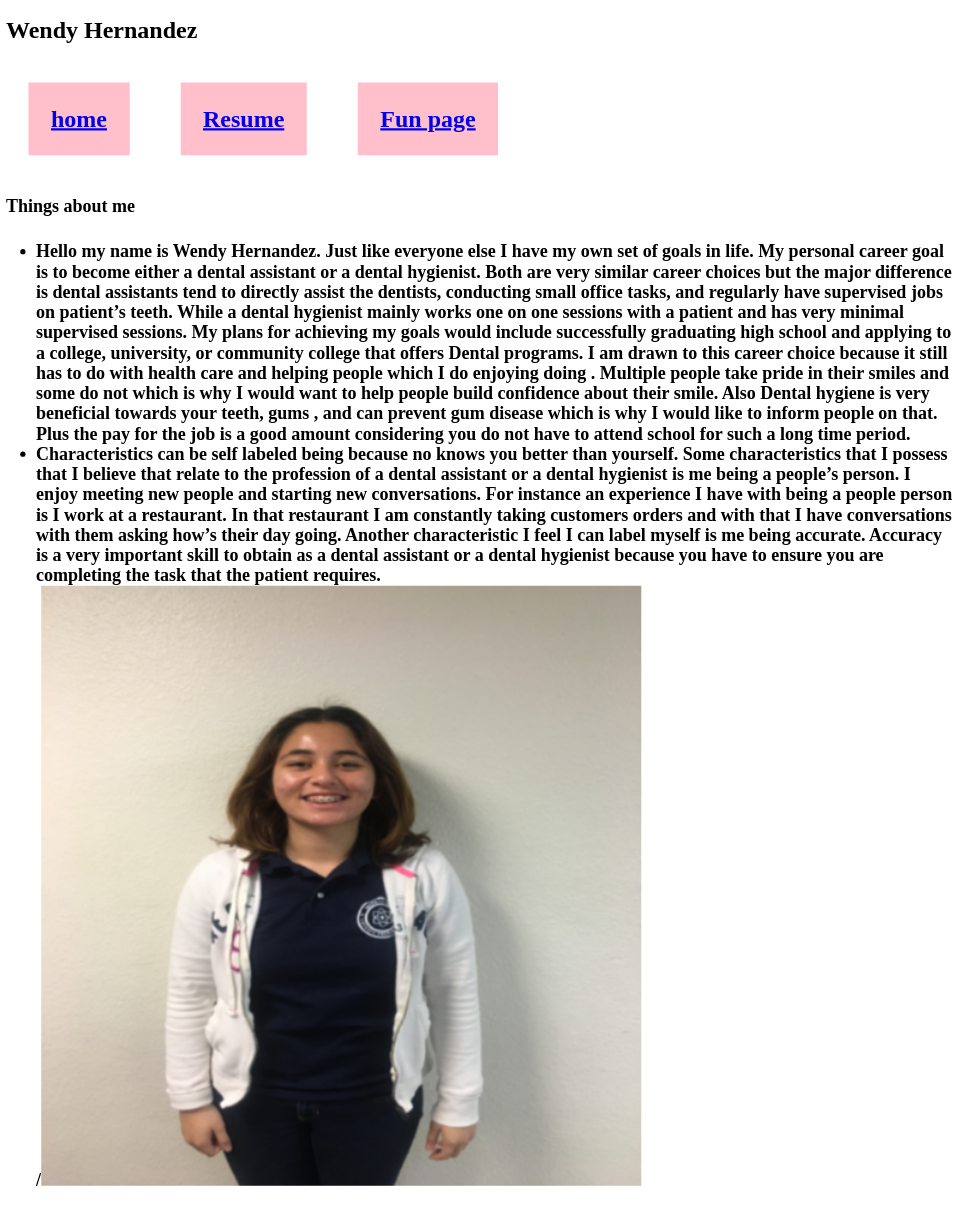
Repository: wendy2312/wendy2312.github.io
Page: AboutMe.html
The author's editor kept a record of every edit. The page is drawn from the files as they stood at one moment, then again after the next edit.
The browser window is 1280 px wide. The pictures show the whole page, at 75% of full size.

Above is the page before.

### AboutMe.html
<!DOCTYPE html>
<html>
        <head>
        <link rel="stylesheet"
        href="https://fonts.googleapis.com/css?family=Poiret+One">
        <link rel="stylesheet" type="text/css" href="style.css">
        <title>wendy's website</title>
    </head>
        <header>
    <h1>Wendy Hernandez <h1>
    <a href="index.html" class="link">home</a>
    <a href="Resume.html" class="link">Resume</a>
    <a href="Funpage.html" class="link">Fun page</a>
    </header>
    <body>



        <h2>
        <p>Things about me</p>
        <ul>

  <table>
    <tr>
      <th></th>
      <th></th>
      <th></th>
    </tr>
    <tr>
      <td></td>
      <td></td>
      <td></td>
    </tr>
  </table>

            <li>Hello my name is Wendy Hernandez. Just like everyone else I have my own set of goals in life.
 My personal career goal is to become either a dental assistant or a dental hygienist. Both are very similar career choices but the major difference is dental assistants tend to directly assist the dentists, conducting small office tasks, and regularly have supervised jobs on patient’s teeth. While a dental hygienist mainly works one on one sessions with a patient and has very minimal supervised sessions. My plans for achieving my goals would include successfully graduating high school and applying to a college, university, or community college that offers Dental programs. I am drawn to this career choice because it still has to do with health care and helping people which I do enjoying doing . Multiple people take pride in their  smiles and some do not which is why I would want to help people build confidence about their smile. Also Dental hygiene is very beneficial towards your  teeth, gums , and can prevent gum disease which is why I would like to inform people on that. Plus the pay for the job is a good amount considering you do  not have  to attend school for such a long time period.

<li> Characteristics can be self labeled being because no knows you better than yourself. Some characteristics that I possess that I believe that relate to the profession of a dental assistant or a dental hygienist is me being a people’s person. I enjoy meeting new people and starting new conversations. For instance an experience I have with being a people  person is I work at a restaurant. In that restaurant I am constantly  taking customers orders and with that I have conversations with them asking how’s their day going. Another characteristic I feel I can label myself is me being accurate. Accuracy is a very important skill to obtain as a dental assistant or a dental hygienist because you have to ensure you are completing the task that the patient requires.</li>


<style type="text/css">

</style>
 /<img class = "mypic" src="SAT Pic.JPG"></img>



    </body>
</html>

### style.css
a {
    display: inline-block;
    padding: 30px;
    margin: 30px;
    background-color: pink;
}

p {
    font-family: Cursive;
}

.name {
    font-family: Helvetica;
    font-size: 40px;
    text-align: center;
    margin: 20px;
}

.nav {
        text-align: center;
}


.nav a {
    padding: 10px 20px;
    margin: 10px;
    background-color:	#ffffff;
    font-size: 18px;
    border-radius: 8px;
}


 .column {
    float: left;
    width: 50%;
    padding: 10px;
    height: 300px;

        </style>="width:700px;height:600px;"

After the next edit:
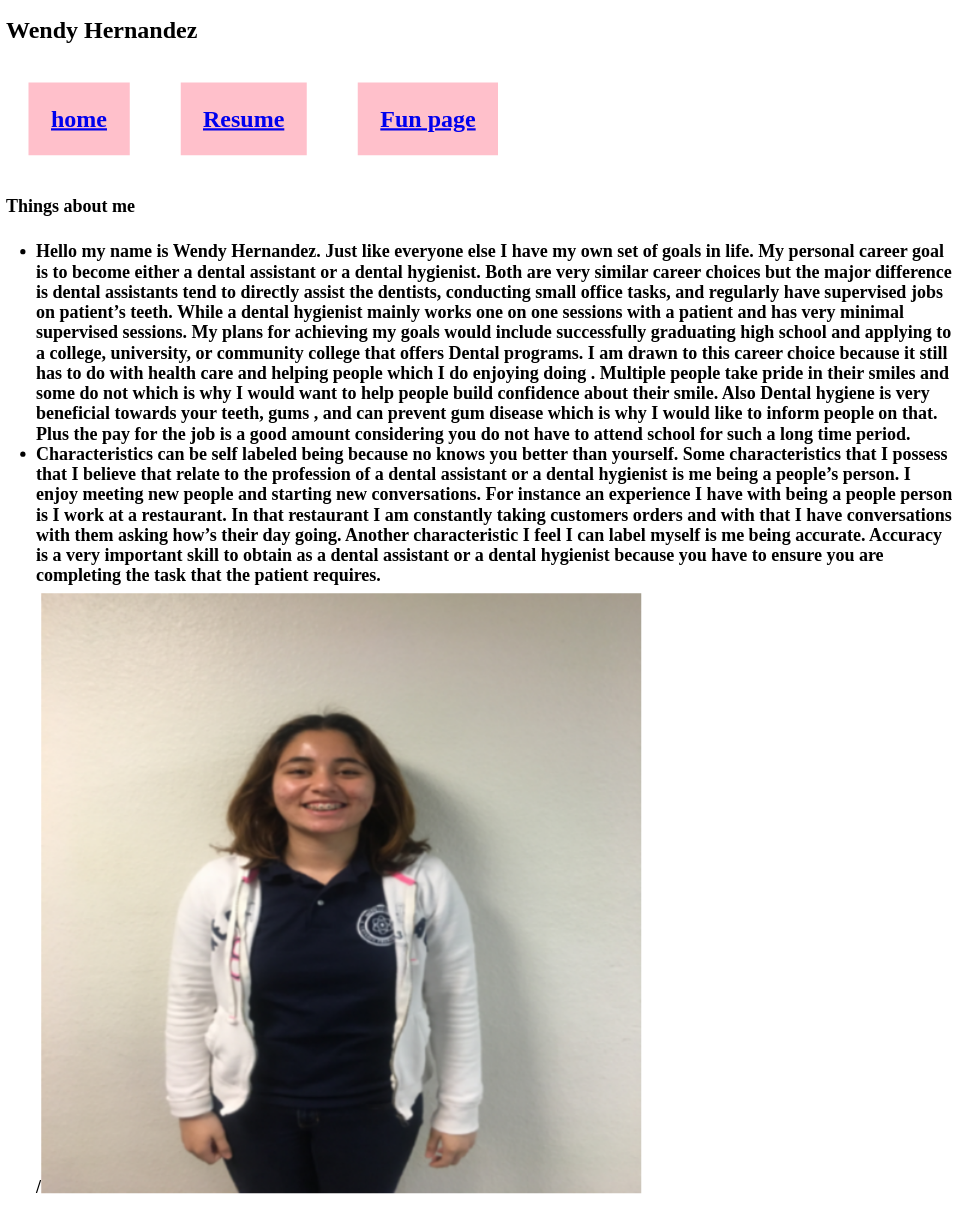
The edit:
--- a/AboutMe.html
+++ b/AboutMe.html
@@ -38,6 +38,20 @@
 
 <li> Characteristics can be self labeled being because no knows you better than yourself. Some characteristics that I possess that I believe that relate to the profession of a dental assistant or a dental hygienist is me being a people’s person. I enjoy meeting new people and starting new conversations. For instance an experience I have with being a people  person is I work at a restaurant. In that restaurant I am constantly  taking customers orders and with that I have conversations with them asking how’s their day going. Another characteristic I feel I can label myself is me being accurate. Accuracy is a very important skill to obtain as a dental assistant or a dental hygienist because you have to ensure you are completing the task that the patient requires.</li>
 
+ <table>
+    <tr>
+      <th></th>
+      <th></th>
+      <th></th>
+    </tr>
+    <tr>
+      <td></td>
+      <td></td>
+      <td></td>
+    </tr>
+  </table>
+
+
 
 <style type="text/css">
 

After the 2 edits that followed:
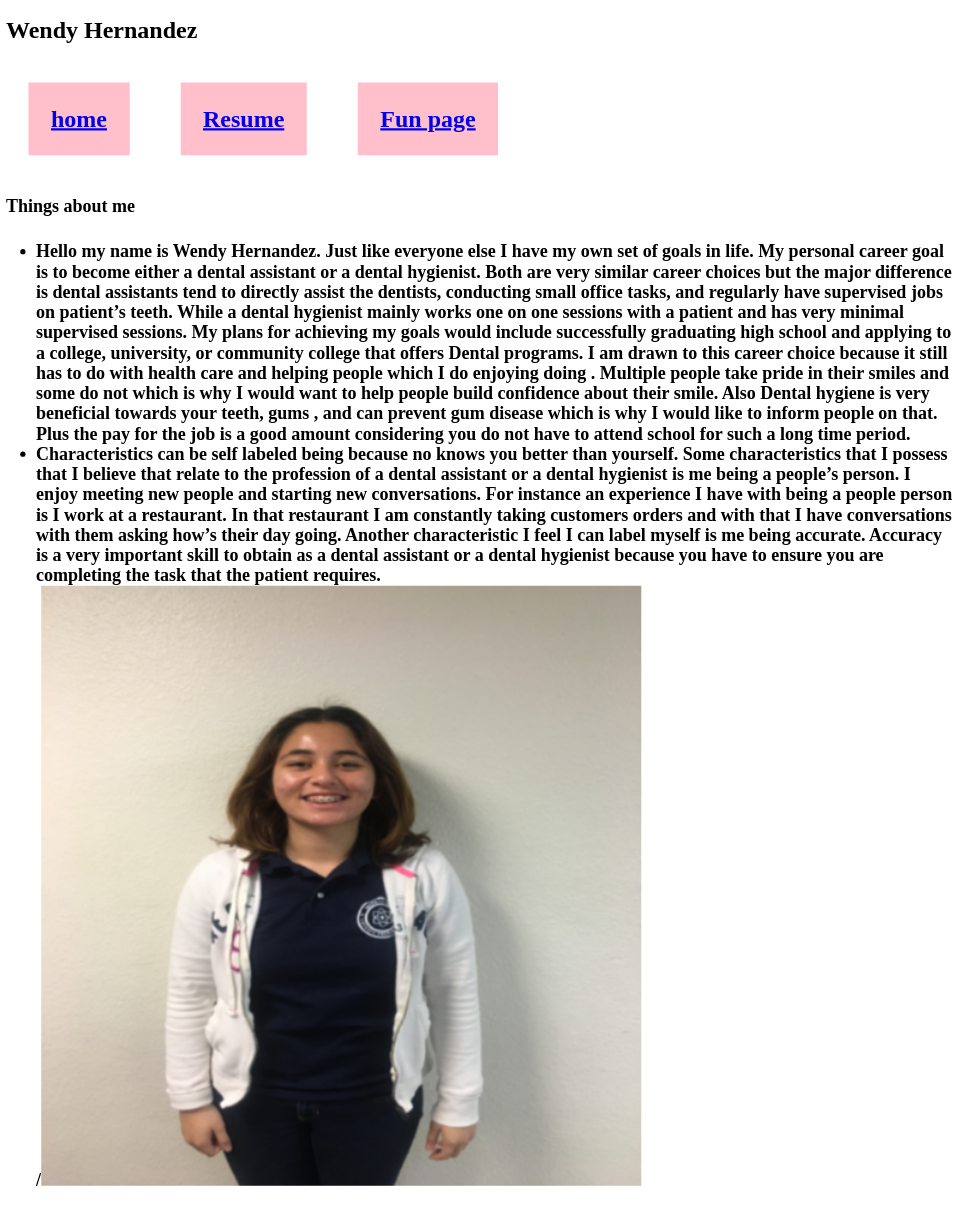
The 2 edits are shown as one change because 1 left the picture as it was.
The edit:
--- a/AboutMe.html
+++ b/AboutMe.html
@@ -38,18 +38,7 @@
 
 <li> Characteristics can be self labeled being because no knows you better than yourself. Some characteristics that I possess that I believe that relate to the profession of a dental assistant or a dental hygienist is me being a people’s person. I enjoy meeting new people and starting new conversations. For instance an experience I have with being a people  person is I work at a restaurant. In that restaurant I am constantly  taking customers orders and with that I have conversations with them asking how’s their day going. Another characteristic I feel I can label myself is me being accurate. Accuracy is a very important skill to obtain as a dental assistant or a dental hygienist because you have to ensure you are completing the task that the patient requires.</li>
 
- <table>
-    <tr>
-      <th></th>
-      <th></th>
-      <th></th>
-    </tr>
-    <tr>
-      <td></td>
-      <td></td>
-      <td></td>
-    </tr>
-  </table>
+
 
 
 
@@ -60,5 +49,6 @@
 
 
 
+
     </body>
 </html>
